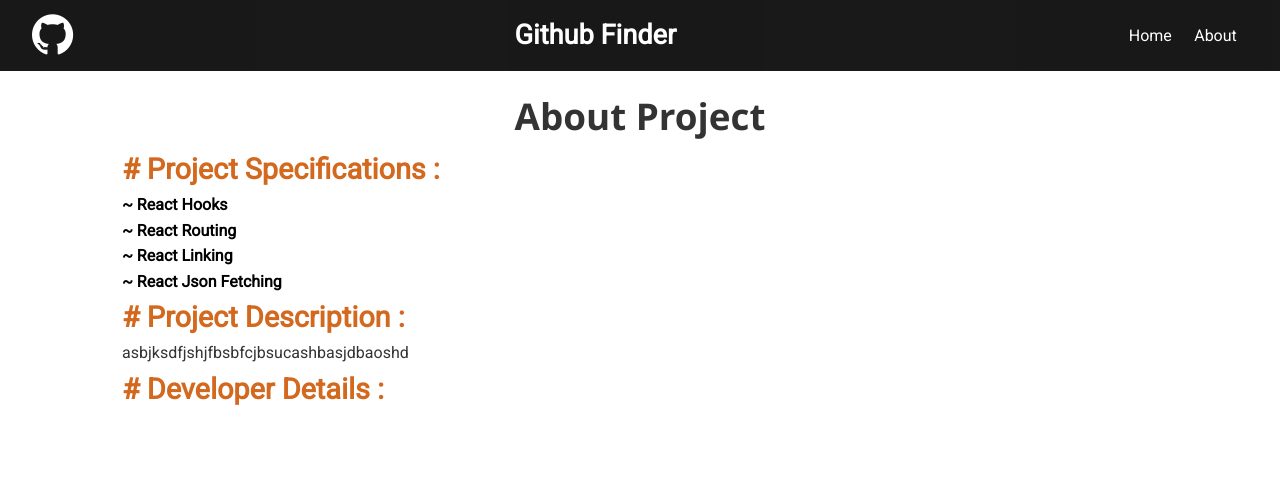
Repository: hemantsaini-7/ReactHooks-GitHub-Clone
Page: /about
The author's editor kept a copy of each file at every save. The page is drawn from the files as they stood at one save, then again after the next save.
The browser window is 1280 px wide. The pictures show the whole page.
The project was rebuilt for these pictures with package versions that can differ from the ones it lists, and the page was loaded fresh each time. Also part of the build but not shown: src/components/users/UserItem.js, src/components/layout/Spinner.js, src/components/users/Users.js, src/components/repos/RepoItem.js, src/components/repos/Repos.js, src/components/users/User.js, src/components/users/Search.js, src/components/layout/Alert.js.

Above is the page before, as saved 2020-08-06 10:14:47.

### public/index.html
<!DOCTYPE html>
<html lang="en">
  <head>
    <meta charset="utf-8" />
    <link rel="icon" href="%PUBLIC_URL%/favicon.ico" />
    <meta name="viewport" content="width=device-width, initial-scale=1" />
    <meta name="theme-color" content="#000000" />
    <meta
      name="description"
      content="Web site created using create-react-app"
    />
    <link rel="apple-touch-icon" href="%PUBLIC_URL%/logo192.png" />

    <link rel="manifest" href="%PUBLIC_URL%/manifest.json" />
    <link
      rel="stylesheet"
      href="https://stackpath.bootstrapcdn.com/font-awesome/4.7.0/css/font-awesome.min.css"
    />
    <title>React App</title>
  </head>
  <body>
    <noscript>You need to enable JavaScript to run this app.</noscript>
    <div id="root"></div>
  </body>
</html>

### src/App.js
import React, { Fragment, useState } from "react";
import "./App.css";
import { BrowserRouter as Router, Switch, Route } from "react-router-dom";
import Navbar from "./components/layout/Navbar";
import Users from "./components/users/Users";
import User from "./components/users/User";
import Search from "./components/users/Search";
import Alert from "./components/layout/Alert";
import About from "./components/pages/About";
import axios from "axios";
const App = () => {
  const [users, setUsers] = useState([]);
  const [user, setUser] = useState({});
  const [repos, setRepos] = useState([]);
  const [loading, setLoading] = useState(false);
  const [alert, setAlert] = useState(null);

  const searchUsers = async (text) => {
    //this.setState({ loading: true });
    setLoading(true);
    const res = await axios.get(
      `https://api.github.com/search/users?q=${text}&cliend_id=${process.env.REACT_APP_GITHUB_CLIENT_ID}&client_secret=${process.env.REACT_APP_GITHUB_CLIENT_SECRET}`
    );
    setUsers(res.data.items);
    setLoading(false);
  };

  const clearUsers = () => {
    setUsers([]);
    setLoading(false);
  };

  const showAlert = (msg, type) => {
    //this.setState({ alert: { msg, type } });
    setAlert({ msg, type });
    setTimeout(() => setAlert(null), 5000);
  };

  const getUser = async (username) => {
    setLoading(true);
    const res = await axios.get(
      `https://api.github.com/users/${username}?cliend_id=${process.env.REACT_APP_GITHUB_CLIENT_ID}&client_secret=${process.env.REACT_APP_GITHUB_CLIENT_SECRET}`
    );
    setUser(res.data);
    setLoading(false);
  };

  const getUserRepos = async (username) => {
    setLoading(true);
    const res = await axios.get(
      `https://api.github.com/users/${username}/repos?per_page=5&sort=created:asc&cliend_id=${process.env.REACT_APP_GITHUB_CLIENT_ID}&client_secret=${process.env.REACT_APP_GITHUB_CLIENT_SECRET}`
    );
    setRepos(res.data);
    setLoading(false);
  };

  return (
    <Router>
      <div className='App'>
        <Navbar title='Github Finder' />
        <div className='container'>
          <Alert alert={alert} />
          <Switch>
            <Route
              exact
              path='/'
              render={(props) => (
                <Fragment>
                  <Search
                    searchUsers={searchUsers}
                    clearUsers={clearUsers}
                    showClear={users.length > 0 ? true : false}
                    setAlert={showAlert}
                  />
                  <Users users={users} loading={loading} />
                </Fragment>
              )}
            />
            <Route exact path='/about' component={About} />
            <Route
              exact
              path='/user/:login'
              render={(props) => (
                <User
                  {...props}
                  getUser={getUser}
                  getUserRepos={getUserRepos}
                  repos={repos}
                  user={user}
                  loading={loading}
                />
              )}
            />
          </Switch>
        </div>
      </div>
    </Router>
  );
};

export default App;

### src/App.css
@import url("https://fonts.googleapis.com/css?family=Roboto");

/* Global Styles */
:root {
  --primary-color: #dc3545;
  --dark-color: #333333;
  --light-color: #f4f4f4;
  --danger-color: #dc3545;
  --success-color: #28a745;
}

* {
  box-sizing: border-box;
  margin: 0;
  padding: 0;
}

body {
  font-family: "Roboto", sans-serif;
  font-size: 1rem;
  line-height: 1.6;
  background-color: #fff;
  color: #333;
}

a {
  color: var(--primary-color);
  text-decoration: none;
}

a:hover {
  color: #666;
}

ul {
  list-style: none;
}

img {
  width: 100%;
}

/* Utilities */
.container {
  max-width: 1100px;
  margin: auto;
  overflow: hidden;
  padding: 0 2rem;
}

/* Text Styles*/
.x-large {
  font-size: 4rem;
  line-height: 1.2;
  margin-bottom: 1rem;
}

.large {
  font-size: 3rem;
  line-height: 1.2;
  margin-bottom: 1rem;
}

.lead {
  font-size: 1.5rem;
  margin-bottom: 1rem;
}

.text-center {
  text-align: center;
}

.text-primary {
  color: var(--primary-color);
}

.text-dark {
  color: var(--dark-color);
}

.text-success {
  color: var(--success-color);
}

.text-danger {
  color: var(--danger-color);
}

.text-center {
  text-align: center;
}

.text-right {
  text-align: right;
}

.text-left {
  text-align: left;
}

/* Center All */
.all-center {
  display: flex;
  flex-direction: column;
  width: 100%;
  margin: auto;
  justify-content: center;
  align-items: center;
  text-align: center;
}

/* Cards */
.card {
  padding: 1rem;
  border: #ccc 1px dotted;
  margin: 0.7rem 0;
}

/* List */
.list {
  margin: 0.5rem 0;
}

.list li {
  padding-bottom: 0.3rem;
}

/* Padding */
.p {
  padding: 0.5rem;
}
.p-1 {
  padding: 1rem;
}
.p-2 {
  padding: 2rem;
}
.p-3 {
  padding: 3rem;
}
.py {
  padding: 0.5rem 0;
}
.py-1 {
  padding: 1rem 0;
}
.py-2 {
  padding: 2rem 0;
}
.py-3 {
  padding: 3rem 0;
}

/* Margin */
.m {
  margin: 0.5rem;
}
.m-1 {
  margin: 1rem;
}
.m-2 {
  margin: 2rem;
}
.m-3 {
  margin: 3rem;
}
.my {
  margin: 0.5rem 0;
}
.my-1 {
  margin: 1rem 0;
}
.my-2 {
  margin: 2rem 0;
}
.my-3 {
  margin: 3rem 0;
}

/* Grid */
.grid-2 {
  display: grid;
  grid-template-columns: repeat(2, 1fr);
  grid-gap: 1rem;
}

.grid-3 {
  display: grid;
  grid-template-columns: repeat(3, 1fr);
  grid-gap: 1rem;
}

.grid-4 {
  display: grid;
  grid-template-columns: repeat(4, 1fr);
  grid-gap: 1rem;
}

.btn {
  display: inline-block;
  background: var(--light-color);
  color: #333;
  padding: 0.4rem 1.3rem;
  font-size: 1rem;
  border: none;
  cursor: pointer;
  margin-right: 0.5rem;
  transition: opacity 0.2s ease-in;
  outline: none;
}

.btn-link {
  background: none;
  padding: 0;
  margin: 0;
}

.btn-block {
  display: block;
  width: 100%;
}

.btn-sm {
  font-size: 0.8rem;
  padding: 0.3rem 1rem;
  margin-right: 0.2rem;
}

.badge {
  display: inline-block;
  font-size: 0.8rem;
  padding: 0.2rem 0.7rem;
  text-align: center;
  margin: 0.3rem;
  background: var(--light-color);
  color: #333;
  border-radius: 5px;
}

.alert {
  padding: 0.7rem;
  margin: 1rem 0;
  opacity: 0.9;
  background: var(--light-color);
  color: #333;
}

.btn-primary,
.bg-primary,
.badge-primary,
.alert-primary {
  background: var(--primary-color);
  color: #fff;
}

.btn-light,
.bg-light,
.badge-light,
.alert-light {
  background: var(--light-color);
  color: #333;
}

.btn-dark,
.bg-dark,
.badge-dark,
.alert-dark {
  background: var(--dark-color);
  color: #fff;
}

.btn-danger,
.bg-danger,
.badge-danger,
.alert-danger {
  background: var(--danger-color);
  color: #fff;
}

.btn-success,
.bg-success,
.badge-success,
.alert-success {
  background: var(--success-color);
  color: #fff;
}

.btn-white,
.bg-white,
.badge-white,
.alert-white {
  background: #fff;
  color: #333;
  border: #ccc solid 1px;
}

.btn:hover {
  opacity: 0.8;
}

.bg-light,
.badge-light {
  border: #ccc solid 1px;
}

.round-img {
  border-radius: 50%;
}

/* Forms */
input {
  margin: 1.2rem 0;
}

.form-text {
  display: block;
  margin-top: 0.3rem;
  color: #888;
}

input[type="text"],
input[type="email"],
input[type="password"],
input[type="date"],
select,
textarea {
  display: block;
  width: 100%;
  padding: 0.4rem;
  font-size: 1.2rem;
  border: 1px solid #ccc;
}

input[type="submit"],
button {
  font: inherit;
}

table th,
table td {
  padding: 1rem;
  text-align: left;
}

table th {
  background: var(--light-color);
}

/* Navbar */
.navbar {
  display: flex;
  justify-content: space-between;
  align-items: center;
  padding: 0.7rem 2rem;
  z-index: 1;
  width: 100%;
  opacity: 0.9;
  margin-bottom: 1rem;
}

.navbar ul {
  display: flex;
}

.navbar a {
  color: #fff;
  padding: 0.45rem;
  margin: 0 0.25rem;
}

.navbar a:hover {
  color: var(--light-color);
}

.navbar .welcome span {
  margin-right: 0.6rem;
}
.bg-black {
  background: #000;
  color: #fff;
}
.nav-head {
  font-size: 1.7rem;
  /* margin-left: 100px; */
}
.s-field {
  border-radius: 10px;
  box-shadow: inset 0px 0px 10px #ccc;
}
.s-field:focus {
  outline: none;
}
.about-head {
  text-align: center;
  font-weight: bold;
  font-size: 2.3rem;
  font-family: "Segoe UI", Tahoma, Geneva, Verdana, sans-serif;
}
.content-head {
  font-weight: bold;
  font-size: 1.8rem;
  color: chocolate;
}
.list-item {
  color: #000;
  font-weight: bold;
}
/* Mobile Styles */
@media (max-width: 700px) {
  .hide-sm {
    display: none;
  }

  .grid-2,
  .grid-3,
  .grid-4 {
    grid-template-columns: 1fr;
  }

  /* Text Styles */
  .x-large {
    font-size: 3rem;
  }

  .large {
    font-size: 2rem;
  }

  .lead {
    font-size: 1rem;
  }

  /* Navbar */
  .navbar {
    display: block;
    text-align: center;
  }

  .navbar ul {
    text-align: center;
    justify-content: center;
  }
}

### src/components/layout/Navbar.js
import React from "react";
import { Link } from "react-router-dom";
function Navbar(props) {
  return (
    <nav className='navbar bg-black '>
      <span>
        <i className='fa fa-github fa-3x'></i>
      </span>
      <h3 className='nav-head'>{props.title}</h3>
      <ul>
        <li>
          <Link to='/'>Home</Link>
        </li>
        <li>
          <Link to='/about'>About</Link>
        </li>
      </ul>
    </nav>
  );
}

export default Navbar;

### src/components/pages/About.js
import React from "react";

const About = () => {
  return (
    <div className='about-div'>
      <h1 className='about-head'>About Project</h1>
      <div className='content-div'>
        <h1 className='content-head'># Project Specifications :</h1>
        <ul>
          <li className='list-item'>~ React Hooks</li>
          <li className='list-item'>~ React Routing</li>
          <li className='list-item'>~ React Linking</li>
          <li className='list-item'>~ React Json Fetching</li>
        </ul>
      </div>
      <div className='content-div'>
        <h1 className='content-head'># Project Description :</h1>
        <p>asbjksdfjshjfbsbfcjbsucashbasjdbaoshd</p>
      </div>
      <div className='content-div'>
        <h1 className='content-head'># Developer Details :</h1>
      </div>
    </div>
  );
};
export default About;

Loaded but not shown: src/index.js (common file)

After the next save:
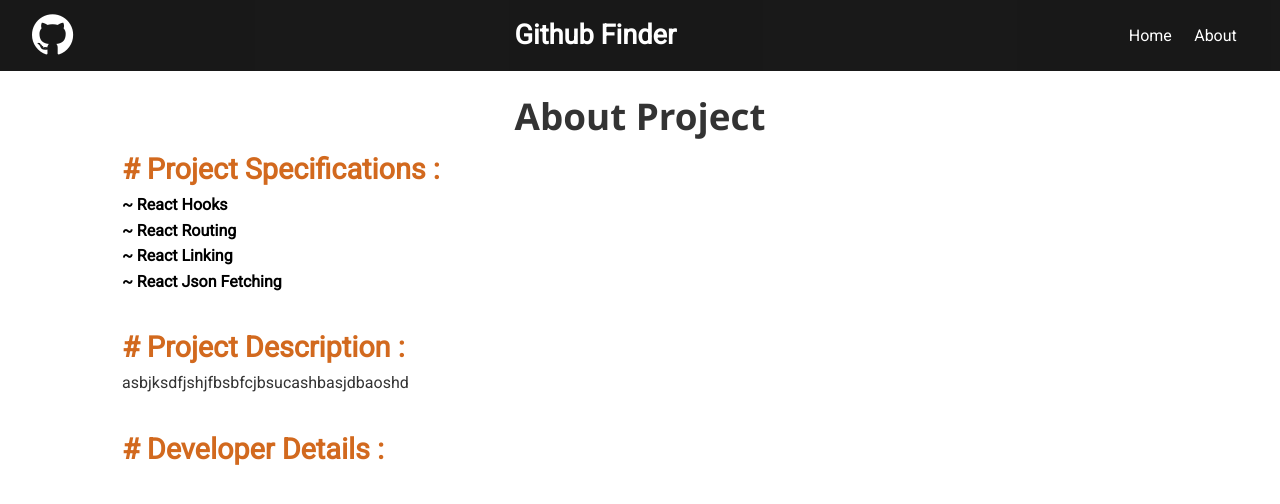
Saved 40 s later.
--- a/src/App.css
+++ b/src/App.css
@@ -396,6 +396,9 @@
   font-size: 2.3rem;
   font-family: "Segoe UI", Tahoma, Geneva, Verdana, sans-serif;
 }
+.content-div {
+  margin-bottom: 30px;
+}
 .content-head {
   font-weight: bold;
   font-size: 1.8rem;
